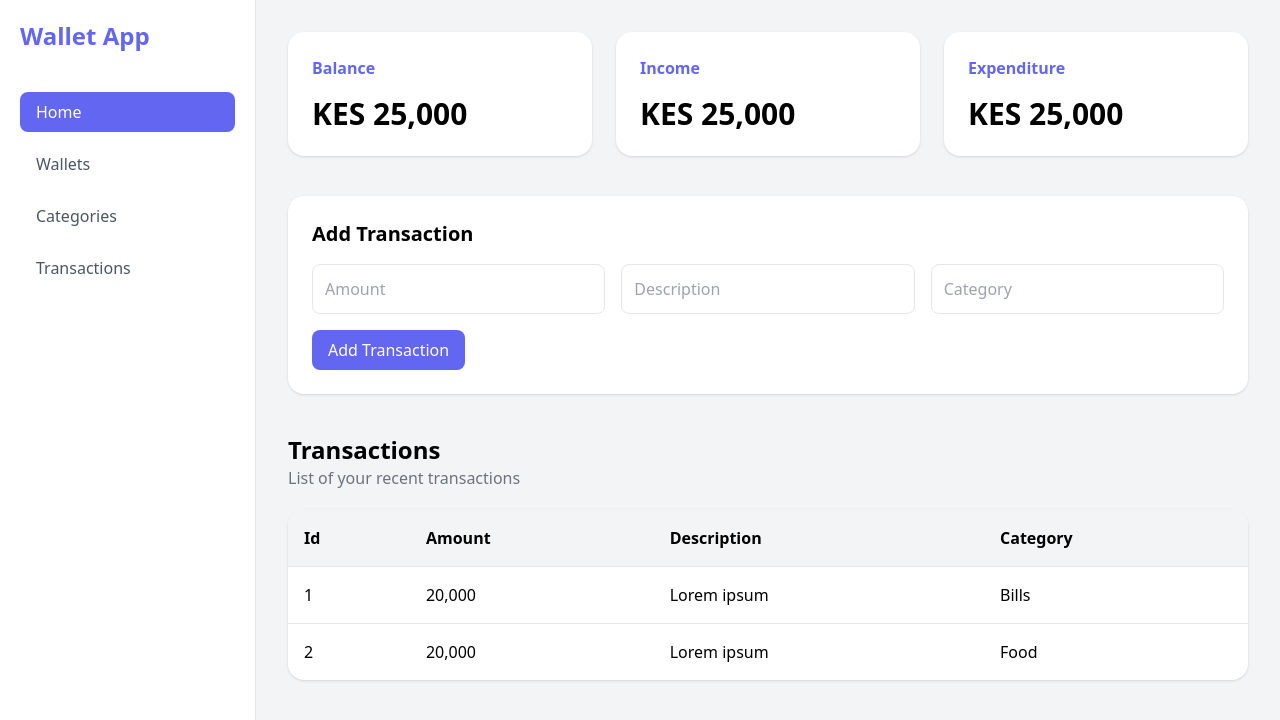
Repository: littlegithu/wallet-app
Page: /dashboard
The author's editor kept a copy of each file at every save. The page is drawn from the files as they stood at one save, then again after the next save.
The browser window is 1280 px wide. The pictures show the whole page.
The project was rebuilt for these pictures with package versions that can differ from the ones it lists, and the page was loaded fresh each time. Also part of the build but not shown: src/pages/Home.jsx.

Above is the page before, as saved 2026-05-10 10:57:32.

After the next save:
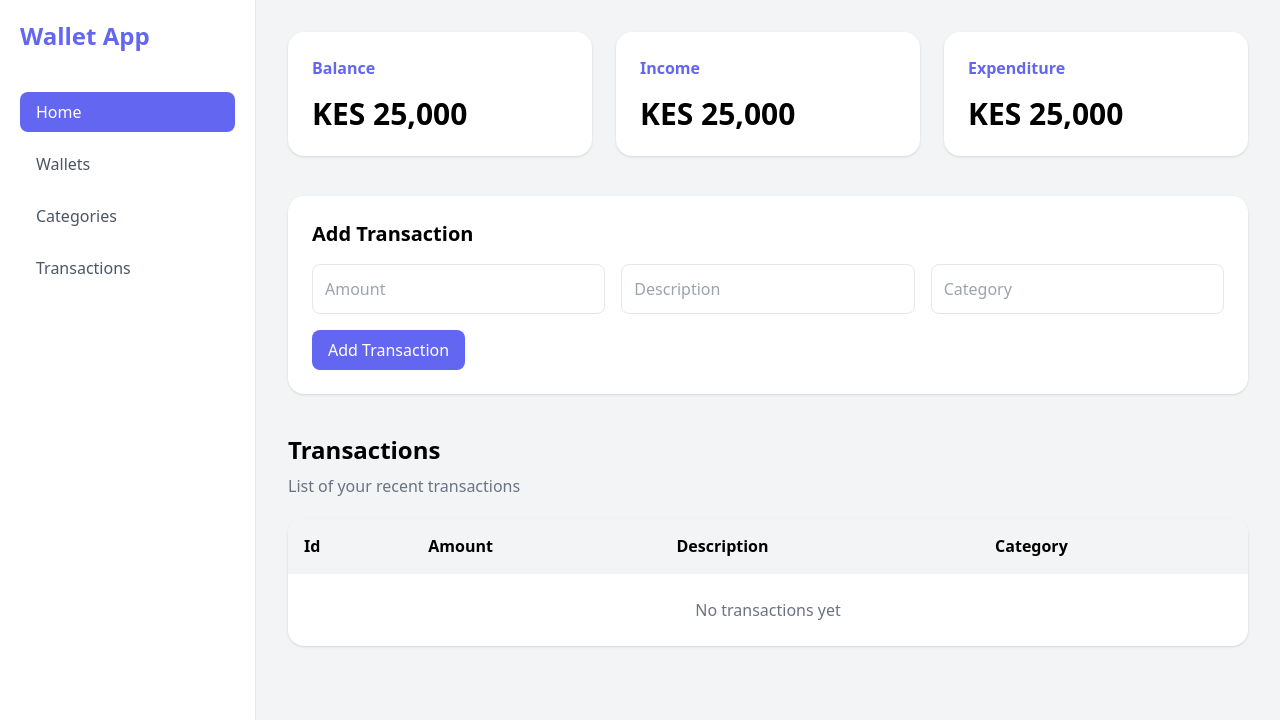
Saved 4 min 52 s later.
--- a/src/pages/Dashboard.jsx
+++ b/src/pages/Dashboard.jsx
@@ -1,33 +1,40 @@
-import { useState } from "react";
+import { useState, useEffect } from "react";
 import Sidebar from "../components/sidebar";
 
 function Dashboard() {
 
-  // Transactions state
-  const [transactions, setTransactions] = useState([
-    {
-      id: 1,
-      amount: "20,000",
-      description: "Lorem ipsum",
-      category: "Bills",
-    },
-    {
-      id: 2,
-      amount: "20,000",
-      description: "Lorem ipsum",
-      category: "Food",
-    },
-  ]);
+  // Load saved transactions from localStorage
+  const [transactions, setTransactions] = useState(() => {
+    const savedTransactions = localStorage.getItem("transactions");
+
+    return savedTransactions
+      ? JSON.parse(savedTransactions)
+      : [];
+  });
 
   // Form state
   const [amount, setAmount] = useState("");
   const [description, setDescription] = useState("");
   const [category, setCategory] = useState("");
 
-  // Add transaction function
+  // Save transactions whenever they change
+  useEffect(() => {
+    localStorage.setItem(
+      "transactions",
+      JSON.stringify(transactions)
+    );
+  }, [transactions]);
+
+  // Add transaction
   const handleAddTransaction = () => {
+
+    // Prevent empty inputs
+    if (!amount || !description || !category) {
+      return;
+    }
+
     const newTransaction = {
-      id: transactions.length + 1,
+      id: Date.now(),
       amount,
       description,
       category,
@@ -50,28 +57,45 @@ function Dashboard() {
         {/* Cards */}
         <div className="grid grid-cols-1 md:grid-cols-3 gap-6">
           <div className="bg-white p-6 rounded-2xl shadow">
-            <h2 className="text-indigo-500 font-semibold">Balance</h2>
-            <p className="text-3xl font-bold mt-4">KES 25,000</p>
+            <h2 className="text-indigo-500 font-semibold">
+              Balance
+            </h2>
+
+            <p className="text-3xl font-bold mt-4">
+              KES 25,000
+            </p>
           </div>
 
           <div className="bg-white p-6 rounded-2xl shadow">
-            <h2 className="text-indigo-500 font-semibold">Income</h2>
-            <p className="text-3xl font-bold mt-4">KES 25,000</p>
+            <h2 className="text-indigo-500 font-semibold">
+              Income
+            </h2>
+
+            <p className="text-3xl font-bold mt-4">
+              KES 25,000
+            </p>
           </div>
 
           <div className="bg-white p-6 rounded-2xl shadow">
-            <h2 className="text-indigo-500 font-semibold">Expenditure</h2>
-            <p className="text-3xl font-bold mt-4">KES 25,000</p>
+            <h2 className="text-indigo-500 font-semibold">
+              Expenditure
+            </h2>
+
+            <p className="text-3xl font-bold mt-4">
+              KES 25,000
+            </p>
           </div>
         </div>
 
-        {/* Form */}
+        {/* Add Transaction Form */}
         <div className="bg-white p-6 rounded-2xl shadow mt-10">
+
           <h2 className="text-xl font-bold mb-4">
             Add Transaction
           </h2>
 
           <div className="grid md:grid-cols-3 gap-4">
+
             <input
               type="text"
               placeholder="Amount"
@@ -95,6 +119,7 @@ function Dashboard() {
               onChange={(e) => setCategory(e.target.value)}
               className="border p-3 rounded-lg"
             />
+
           </div>
 
           <button
@@ -105,19 +130,21 @@ function Dashboard() {
           </button>
         </div>
 
-        {/* Transactions */}
+        {/* Transactions Table */}
         <div className="mt-10">
-          <div className="flex justify-between items-center mb-5">
-            <div>
-              <h2 className="text-2xl font-bold">Transactions</h2>
-              <p className="text-gray-500">
-                List of your recent transactions
-              </p>
-            </div>
-          </div>
+
+          <h2 className="text-2xl font-bold mb-2">
+            Transactions
+          </h2>
+
+          <p className="text-gray-500 mb-5">
+            List of your recent transactions
+          </p>
 
           <div className="bg-white rounded-2xl shadow overflow-hidden">
+
             <table className="w-full">
+
               <thead className="bg-gray-100">
                 <tr>
                   <th className="text-left p-4">Id</th>
@@ -128,14 +155,41 @@ function Dashboard() {
               </thead>
 
               <tbody>
-                {transactions.map((transaction) => (
-                  <tr key={transaction.id} className="border-t">
-                    <td className="p-4">{transaction.id}</td>
-                    <td className="p-4">{transaction.amount}</td>
-                    <td className="p-4">{transaction.description}</td>
-                    <td className="p-4">{transaction.category}</td>
+
+                {transactions.length > 0 ? (
+                  transactions.map((transaction) => (
+                    <tr
+                      key={transaction.id}
+                      className="border-t"
+                    >
+                      <td className="p-4">
+                        {transaction.id}
+                      </td>
+
+                      <td className="p-4">
+                        {transaction.amount}
+                      </td>
+
+                      <td className="p-4">
+                        {transaction.description}
+                      </td>
+
+                      <td className="p-4">
+                        {transaction.category}
+                      </td>
+                    </tr>
+                  ))
+                ) : (
+                  <tr>
+                    <td
+                      colSpan="4"
+                      className="text-center p-6 text-gray-500"
+                    >
+                      No transactions yet
+                    </td>
                   </tr>
-                ))}
+                )}
+
               </tbody>
 
             </table>
